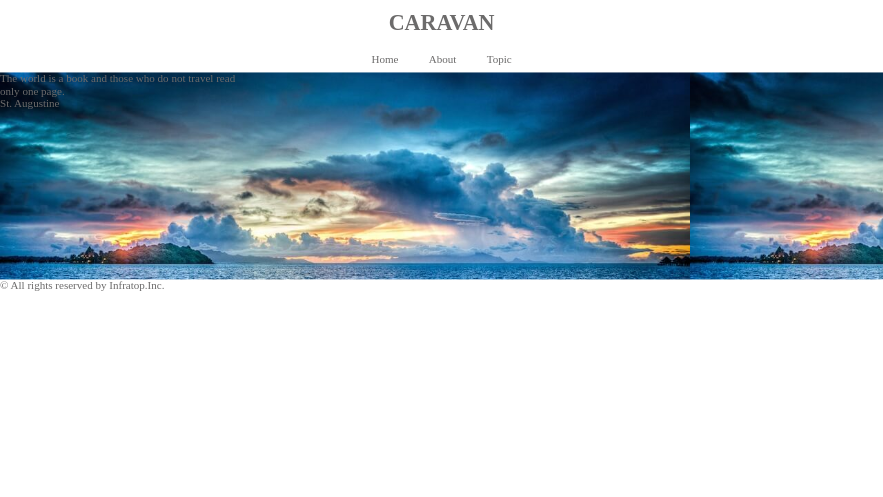
Repository: kowatann/sample_app
Page: caravan/index.html
The author's editor kept a record of every edit. The page is drawn from the files as they stood at one moment, then again after the next edit.
The browser window is 1280 px wide. The pictures show the whole page, at 69% of full size.

Above is the page before.

After the next edit:
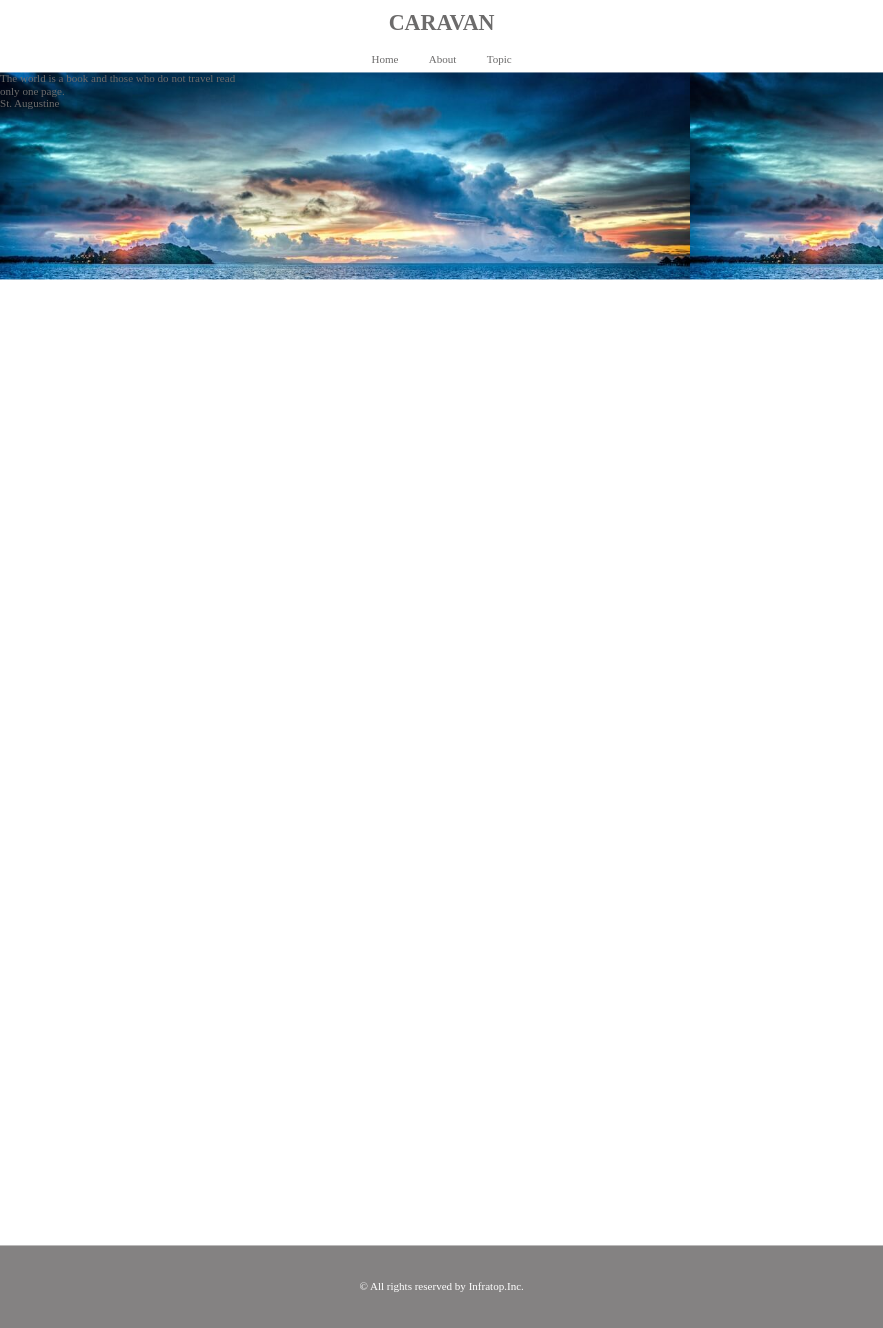
The edit:
--- a/caravan/style.css
+++ b/caravan/style.css
@@ -17,6 +17,7 @@
 }
 
 header .heading {
+  /* headerタグ内のheadingクラスにのみ反映される */
   font-size: 32px;
 }
 
@@ -33,25 +34,25 @@
 }
 
 .main-visual {
-  width: 100%;
-  height: 300px;
-  background-image: url(img/mv.jpg);
+  width: 100%; /* 横幅いっぱい */
+  height: 300px; /* 高さ300px */
+  background-image: url(img/mv.jpg);}
 
 .main-visual-content {
-  width: 350px;
-  height: 300px;
+  width: 350px; /* 横幅350px */
+  height: 300px; /* 親の高さに揃える */
 }
 
 .main {
-  width: 840px;
-  display: flex;
-  justify-content: center;
+  width: 840px; /* 横幅840px */
+  display: flex; /* Flexboxの利用 */
+  justify-content: center; /* 要素の横並び・中央寄せ */
   margin: 0 auto;
 }
 
 .blog {
-  width: 600px;
-  height: 1400px;
+  width: 600px; /* 横幅600px */
+  height: 1400px; /* 高さ1400px */
 }
 
 .sidebar {
